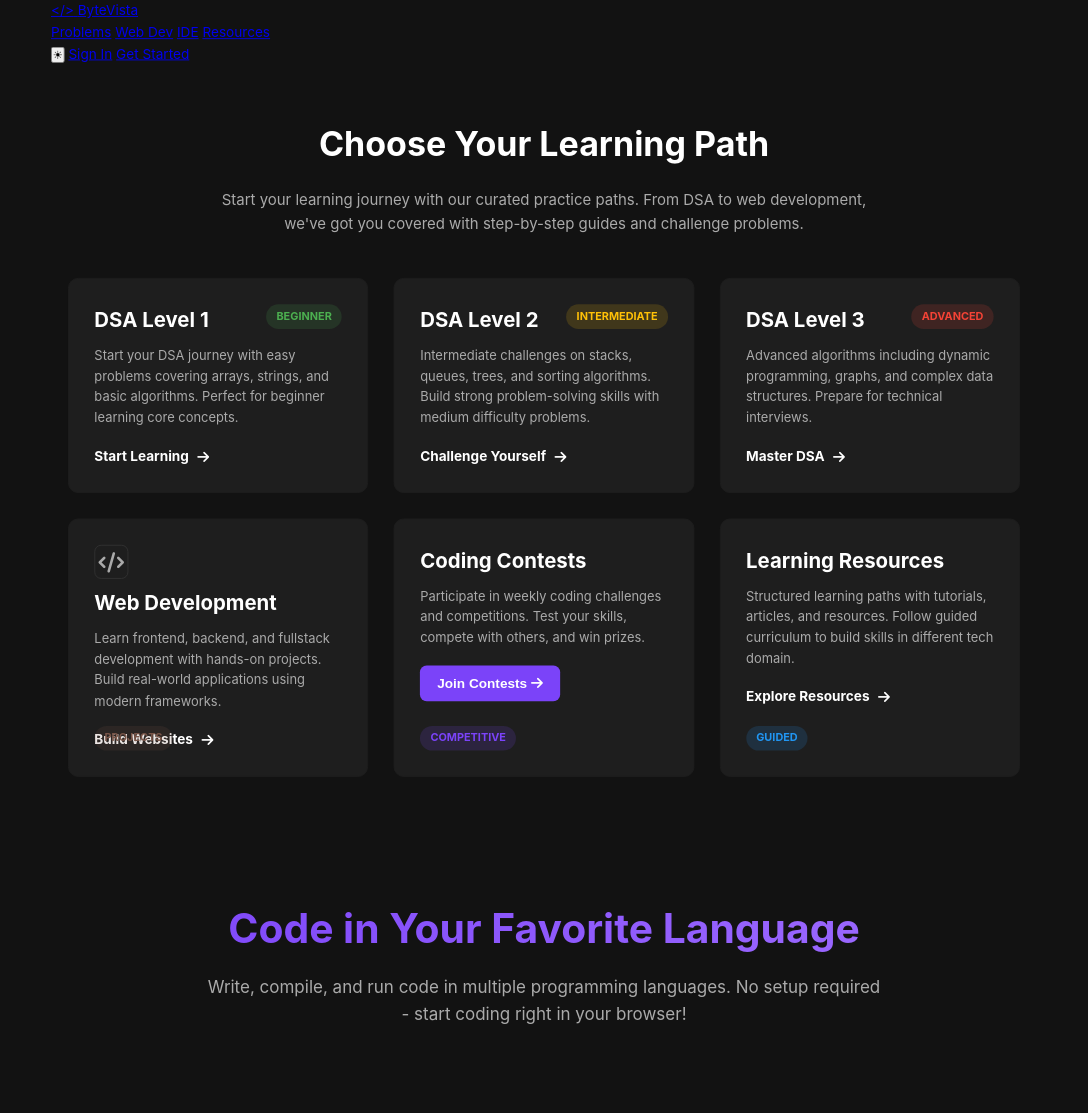
Repository: biswaranjansatapathy2005-lang/ByteVista
Page: frontend/course/course.html
The author's editor kept a copy of each file at every save. The page is drawn from the files as they stood at one save, then again after a run of saves.
The browser window is 1280 px wide. The pictures show the whole page, at 85% of full size.

Above is the page before, as saved 2025-12-13 01:58:24.

After the next 2 saves:
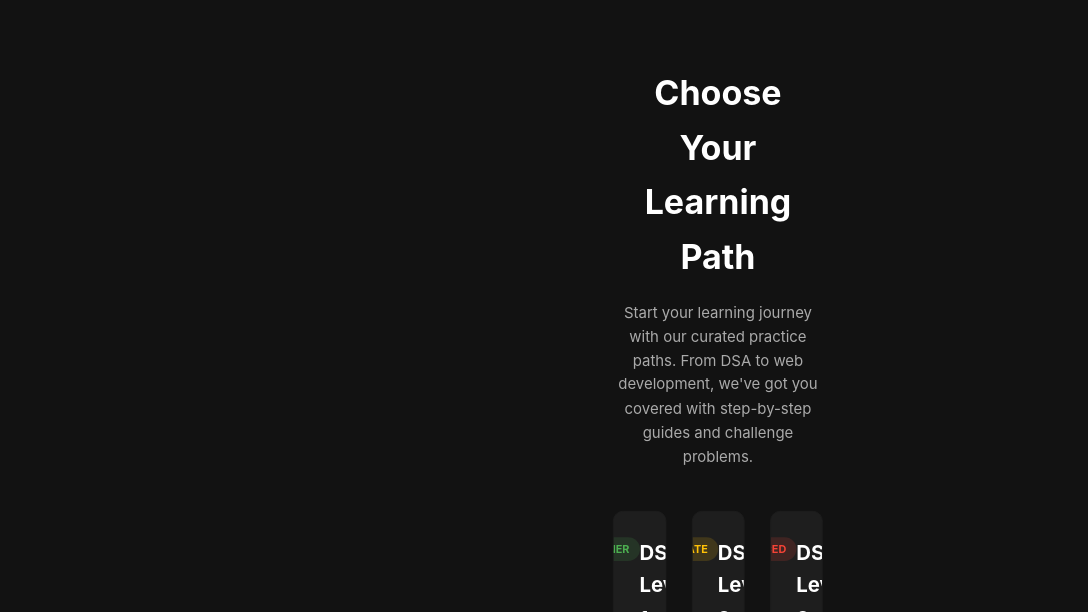
The 2 saves are shown as one change because they came seconds apart.
The last was saved 112 s later.
--- a/frontend/course/course.css
+++ b/frontend/course/course.css
@@ -44,56 +44,73 @@
 }
 
 /* Header Styling - Mock-up based on image */
-.main-header {
+.navbar {
+    position: fixed;
+    top: 0; left: 0; width: 100%;
+    padding: 18px 0;
+    z-index: 1000;
+    background-color: transparent;
+    transition: all 0.3s ease;
+    border-bottom: 1px solid transparent;
+}
+
+.navbar.scrolled {
+    background: rgba(2, 2, 5, 0.75); /* Dark semi-transparent */
+    backdrop-filter: blur(12px);     /* Glass Blur */
+    -webkit-backdrop-filter: blur(12px);
+    border-bottom: 1px solid rgba(255, 255, 255, 0.08);
+    padding: 12px 0;
+}
+
+.nav-container {
     display: flex;
     justify-content: space-between;
     align-items: center;
-    padding: 20px 40px;
-    border-bottom: 1px solid var(--color-border-subtle);
-}
-
-.logo {
+}
+
+/* Logo */
+.brand-logo {
+    display: flex;
+    align-items: center;
+    gap: 10px;
+}
+.logo-icon {
+    font-family: 'Courier New', monospace;
+    color: var(--primary-color);
+    font-weight: 800;
+    font-size: 1.6rem;
+    letter-spacing: -2px;
+}
+.logo-text {
+    font-weight: 700;
     font-size: 1.25rem;
-    color: var(--color-text-primary);
-}
-
-nav ul {
-    list-style: none;
-    display: flex;
-}
-
-nav ul li a {
-    text-decoration: none;
-    color: var(--color-text-secondary);
-    padding: 10px 15px;
-    transition: color 0.3s;
-}
-
-nav ul li a:hover {
-    color: var(--color-text-primary);
-}
-
-.user-actions .sign-in {
-    background: none;
-    border: none;
-    color: var(--color-text-secondary);
-    padding: 10px 20px;
-    cursor: pointer;
-}
-
-.user-actions .get-started {
-    background-color: var(--color-accent-purple);
-    color: var(--color-text-primary);
-    border: none;
+    letter-spacing: 0.5px;
+}
+
+/* Nav Links */
+.nav-links { display: flex; gap: 32px; }
+.nav-links a {
+    color: var(--text-muted);
+    font-weight: 500;
+    font-size: 0.95rem;
+}
+.nav-links a:hover { color: #fff; }
+
+/* Nav Buttons */
+.nav-actions { display: flex; align-items: center; gap: 20px; }
+.theme-toggle { background: none; border: none; color: var(--text-muted); font-size: 1.2rem; cursor: pointer; }
+.btn-signin { font-weight: 600; font-size: 0.95rem; }
+.btn-primary {
+    background-color: var(--primary-color);
+    color: #fff;
+    padding: 10px 24px;
     border-radius: 8px;
-    padding: 10px 20px;
-    cursor: pointer;
-    font-weight: bold;
-    transition: background-color 0.3s;
-}
-
-.user-actions .get-started:hover {
-    background-color: #9c6eff; /* Lighter purple on hover */
+    font-weight: 600;
+    transition: transform 0.2s, background-color 0.2s;
+}
+.btn-primary:hover {
+    background-color: var(--primary-hover);
+    transform: translateY(-1px);
 }
 
 /* Section Title and Subtitle */

After the save that followed:
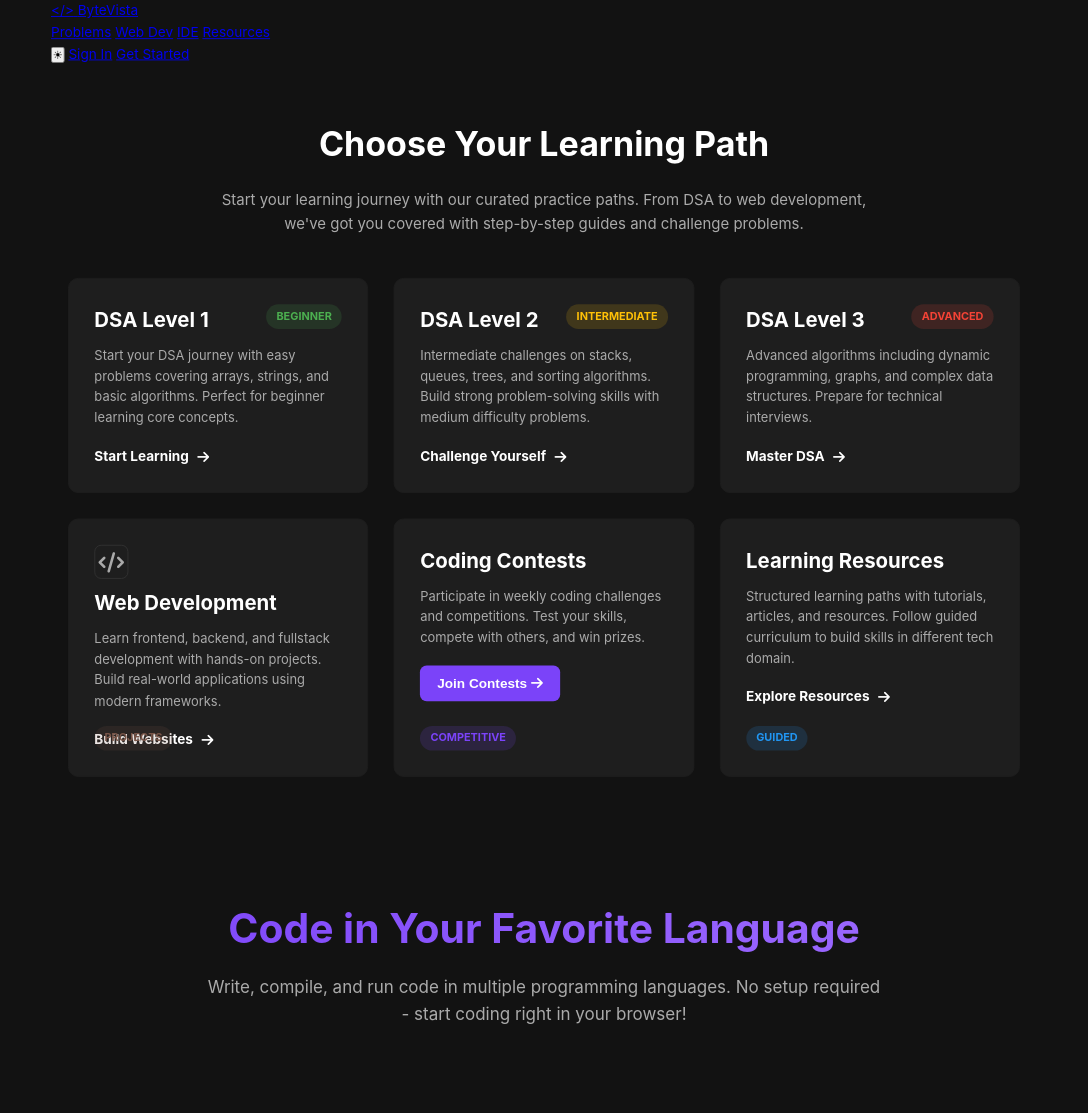
Saved 34 s later.
--- a/frontend/course/course.css
+++ b/frontend/course/course.css
@@ -44,73 +44,56 @@
 }
 
 /* Header Styling - Mock-up based on image */
-.navbar {
-    position: fixed;
-    top: 0; left: 0; width: 100%;
-    padding: 18px 0;
-    z-index: 1000;
-    background-color: transparent;
-    transition: all 0.3s ease;
-    border-bottom: 1px solid transparent;
-}
-
-.navbar.scrolled {
-    background: rgba(2, 2, 5, 0.75); /* Dark semi-transparent */
-    backdrop-filter: blur(12px);     /* Glass Blur */
-    -webkit-backdrop-filter: blur(12px);
-    border-bottom: 1px solid rgba(255, 255, 255, 0.08);
-    padding: 12px 0;
-}
-
-.nav-container {
+.main-header {
     display: flex;
     justify-content: space-between;
     align-items: center;
-}
-
-/* Logo */
-.brand-logo {
-    display: flex;
-    align-items: center;
-    gap: 10px;
-}
-.logo-icon {
-    font-family: 'Courier New', monospace;
-    color: var(--primary-color);
-    font-weight: 800;
-    font-size: 1.6rem;
-    letter-spacing: -2px;
-}
-.logo-text {
-    font-weight: 700;
+    padding: 20px 40px;
+    border-bottom: 1px solid var(--color-border-subtle);
+}
+
+.logo {
     font-size: 1.25rem;
-    letter-spacing: 0.5px;
-}
-
-/* Nav Links */
-.nav-links { display: flex; gap: 32px; }
-.nav-links a {
-    color: var(--text-muted);
-    font-weight: 500;
-    font-size: 0.95rem;
-}
-.nav-links a:hover { color: #fff; }
-
-/* Nav Buttons */
-.nav-actions { display: flex; align-items: center; gap: 20px; }
-.theme-toggle { background: none; border: none; color: var(--text-muted); font-size: 1.2rem; cursor: pointer; }
-.btn-signin { font-weight: 600; font-size: 0.95rem; }
-.btn-primary {
-    background-color: var(--primary-color);
-    color: #fff;
-    padding: 10px 24px;
+    color: var(--color-text-primary);
+}
+
+nav ul {
+    list-style: none;
+    display: flex;
+}
+
+nav ul li a {
+    text-decoration: none;
+    color: var(--color-text-secondary);
+    padding: 10px 15px;
+    transition: color 0.3s;
+}
+
+nav ul li a:hover {
+    color: var(--color-text-primary);
+}
+
+.user-actions .sign-in {
+    background: none;
+    border: none;
+    color: var(--color-text-secondary);
+    padding: 10px 20px;
+    cursor: pointer;
+}
+
+.user-actions .get-started {
+    background-color: var(--color-accent-purple);
+    color: var(--color-text-primary);
+    border: none;
     border-radius: 8px;
-    font-weight: 600;
-    transition: transform 0.2s, background-color 0.2s;
-}
-.btn-primary:hover {
-    background-color: var(--primary-hover);
-    transform: translateY(-1px);
+    padding: 10px 20px;
+    cursor: pointer;
+    font-weight: bold;
+    transition: background-color 0.3s;
+}
+
+.user-actions .get-started:hover {
+    background-color: #9c6eff; /* Lighter purple on hover */
 }
 
 /* Section Title and Subtitle */
@@ -303,7 +286,7 @@
     -webkit-background-clip: text;
     -webkit-text-fill-color: transparent;
     background-clip: text;
-    -webkit-text-fill-color: transparent;
+    text-fil: transparent;
 }
 
 .code-subtitle {
